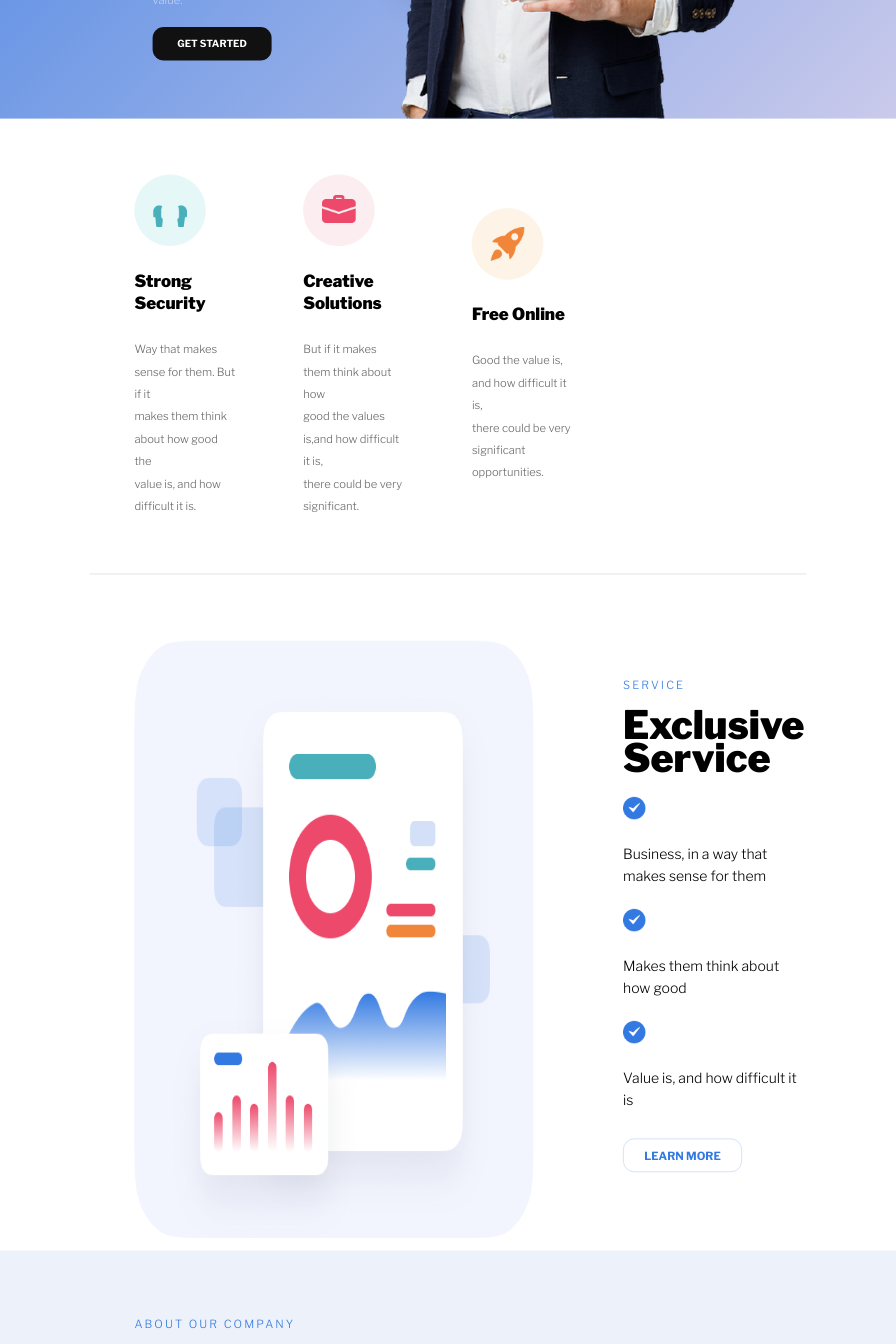
Repository: juniorAntunes910/Make-Money-Design-Avaliacao
Page: index.html
An editor plug-in stored every save of this project. The page is shown before and after the next save, followed by the edit.
The browser window is 1280 px wide. The pictures show the part of the page from y = 858 to 2778 px (the page is 8328 px tall before and 8200 px after), at 70% of full size.

Above is the page before, as saved 2026-03-13 12:36:22.

After the next save:
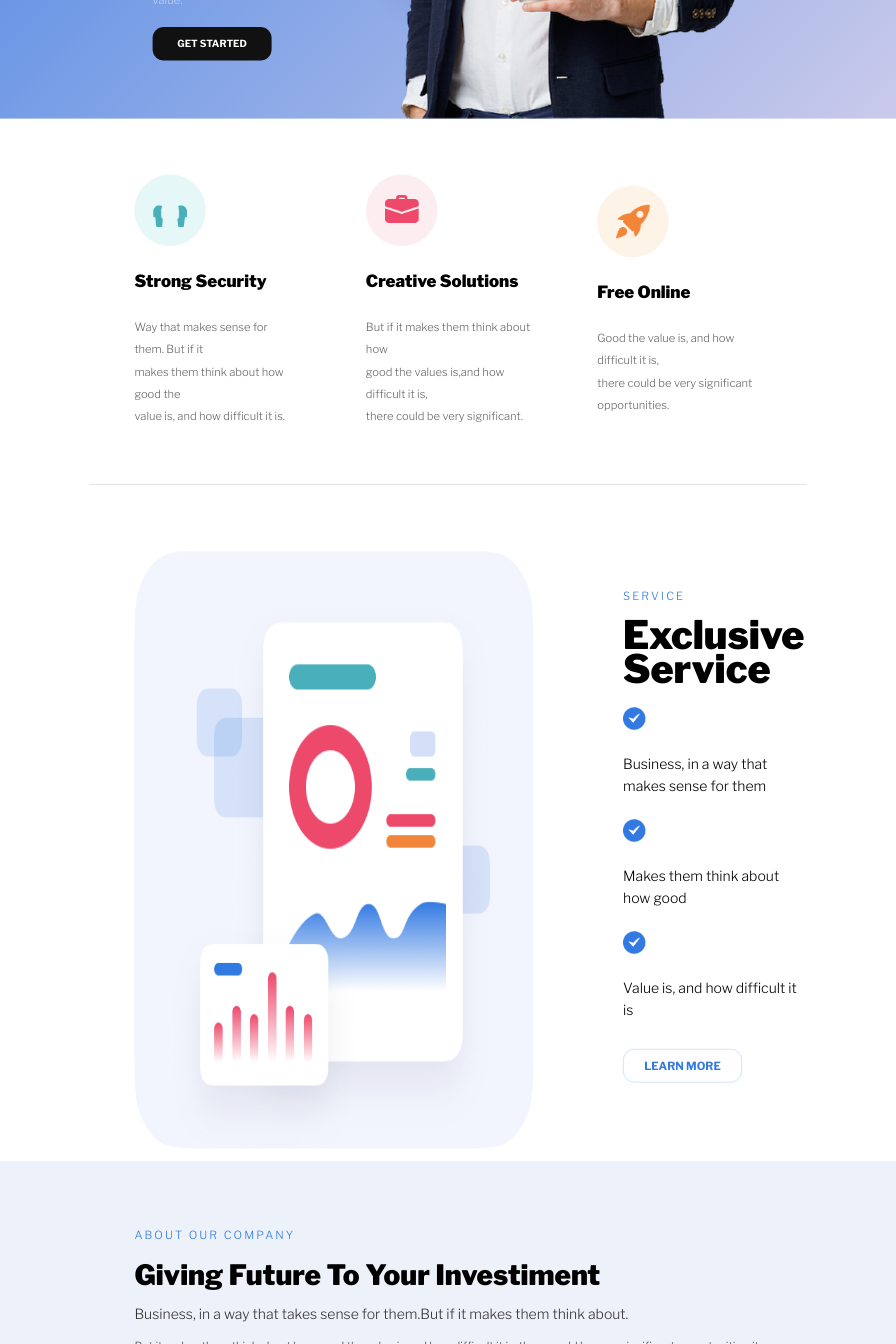
Saved 4 min 32 s later.
--- a/index.html
+++ b/index.html
@@ -78,7 +78,7 @@
 
     <section id="main-content" class="container">
 
-        <div id="main-content-cards" class="container "><!--Estou usando como um container/box de cards-->
+        <div id="main-content-cards" ><!--Estou usando como um container/box de cards-->
 
             <div class="main-content-card-box"><!--Primeiro "Card" Strong Security-->
 
